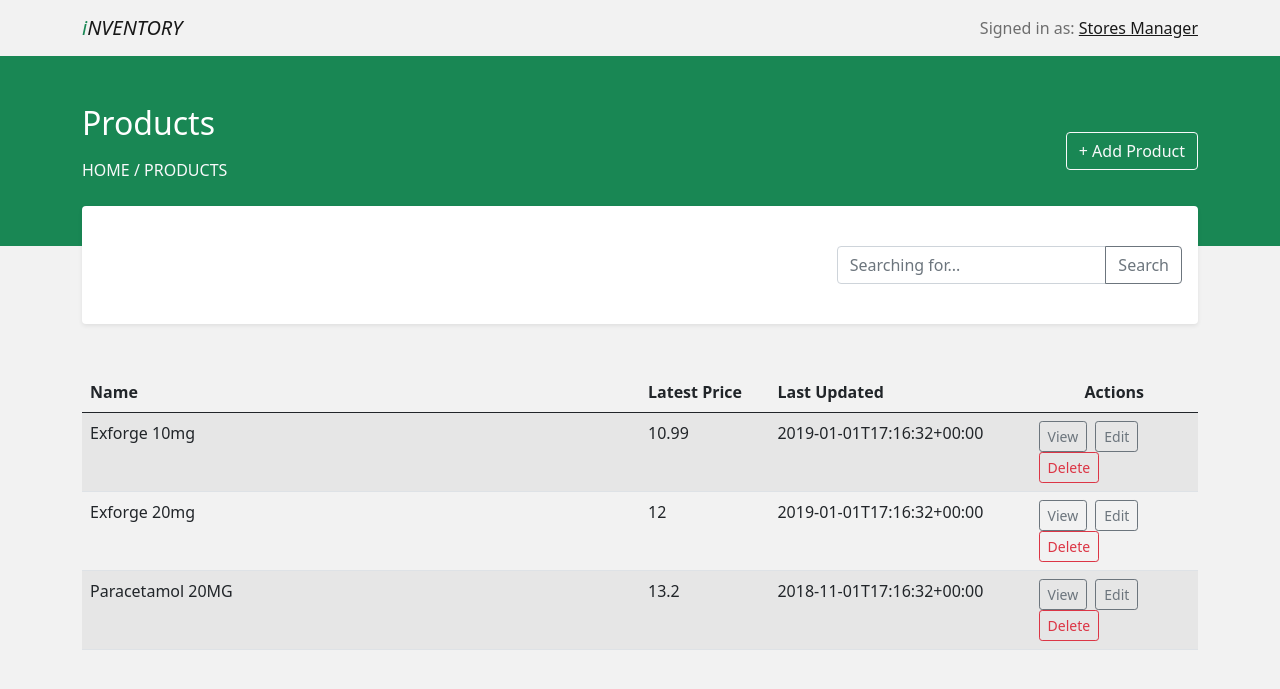
Repository: tHEO2k17/inventory-manager
Page: /
The author's editor kept a copy of each file at every save. The page is drawn from the files as they stood at one save, then again after the next save.
The browser window is 1280 px wide. The pictures show the whole page.
The project was rebuilt for these pictures with package versions that can differ from the ones it lists, and the page was loaded fresh each time. Also part of the build but not shown: src/presentation/components/ProductForm.tsx.

Above is the page before, as saved 2021-08-31 10:35:03.

### src/index.tsx
import React from 'react';
import ReactDOM from 'react-dom';
import './index.scss';
import App from './presentation/App';

ReactDOM.render(
  <React.StrictMode>
    <App />
  </React.StrictMode>,
  document.getElementById('root')
);

### src/index.scss
@import '~bootstrap/scss/bootstrap.scss';

body{
    background-color: #F2F2F2;
}

.table thead tr > th:last-child{
    text-align: center;
}

.mtn-40{
    margin-top: -40px;
}

### src/presentation/App.tsx
import ProductsPage from './pages/ProductsPage';

export default function App() {
  return ( <ProductsPage/> );
}

### src/presentation/pages/ProductsPage.tsx
import { Component } from "react"
import { Button, Card, Col, Container, FormControl, InputGroup, Row, Table } from "react-bootstrap";
import { mock } from "../../core/mock";
import Banner from "../components/Banner";
import Product from "../components/Product";
import TopBar from "../components/TopBar";

export default class ProductsPage extends Component {

    render() {
        return (
            <>
                <TopBar />
                <Banner />
                <Container>
                    <Card className="mtn-40 border-0 shadow-sm">
                        <Card.Body className="my-4">
                            <Row>
                                <Col md="4" className="offset-8">
                                    <InputGroup>
                                        <FormControl
                                            placeholder="Searching for..."
                                            aria-label="Searching for..."
                                            aria-describedby="basic-addon2"
                                        />
                                        <Button variant="outline-secondary" id="button-addon2"> Search</Button>
                                    </InputGroup>
                                </Col>
                            </Row>
                        </Card.Body>
                    </Card>
                    <Table striped className="mt-5">
                        <thead>
                            <tr>
                                <th>Name</th>
                                <th>Latest Price</th>
                                <th>Last Updated</th>
                                <th>Actions</th>
                            </tr>
                        </thead>
                        <tbody>
                            {
                                mock.products.map(product => <Product key={product.id} product={product} />)
                            }
                        </tbody>
                    </Table>
                </Container>
            </>
        );
    }
}

### src/core/mock.ts
export const mock = {
    "products": [
        {
            "id": 1,
            "name": "Exforge 10mg",
            "prices": [
                {
                    "id": 1,
                    "price": 10.99,
                    "date": "2019-01-01T17:16:32+00:00"
                },
                {
                    "id": 2,
                    "price": 9.20,
                    "date": "2018-11-01T17:16:32+00:00"
                }
            ]
        },
        {
            "id": 2,
            "name": "Exforge 20mg",
            "prices": [
                {
                    "id": 3,
                    "price": 12.00,
                    "date": "2019-01-01T17:16:32+00:00"
                },
                {
                    "id": 4,
                    "price": 13.20,
                    "date": "2018-11-01T17:16:32+00:00"
                }
            ]
        },
        {
            "id": 3,
            "name": "Paracetamol 20MG",
            "prices": [
                {
                    "id": 5,
                    "price": 5.00,
                    "date": "2017-01-01T17:16:32+00:00"
                },
                {
                    "id": 6,
                    "price": 13.20,
                    "date": "2018-11-01T17:16:32+00:00"
                }
            ]
        }
    ]
};

### src/presentation/components/Banner.tsx
import { useState } from "react";
import { Button, Col, Container, Modal, Row } from "react-bootstrap";
import ProductForm from "./ProductForm";

const Banner = () => {
    const [show, setShow] = useState(false);

    const handleClose = () => setShow(false);
    const handleShow = () => setShow(true);

    return (
        <>
            <section className="bg-success">
                <Container className="py-5 text-white">
                    <Row className="align-items-center">
                        <Col>
                            <h2>Products</h2>
                            <p className="text-light mt-3 fw-light fs-6">HOME / PRODUCTS</p>
                        </Col>
                        <Col>
                            <Button variant="outline-light" className="float-end" onClick={handleShow}>+ Add Product</Button>
                        </Col>
                    </Row>
                </Container>
            </section>

            <Modal show={show} onHide={handleClose}>
                <Modal.Header closeButton> New Product</Modal.Header>
                <Modal.Body><ProductForm/></Modal.Body>
            </Modal>
        </>
    );
}

export default Banner;

### src/presentation/components/Product.tsx
import { Button } from "react-bootstrap"
import moment from 'moment';

const Product = ({ product }: ProductProps) => {

    const findLatestPriceInfo = (prices: any[]): any => {
        return prices.reduce(
            (acc: any, value: any) =>
                moment(acc.date).isAfter(value.date)
                    ? acc
                    : value
        );
    }

    return (
        <tr>
            <td width="50%">{product.name}</td>
            <td>{findLatestPriceInfo(product.prices).price}</td>
            <td>{findLatestPriceInfo(product.prices).date}</td>
            <td width="15%">
                <Button size="sm" variant="outline-secondary">View</Button>
                <Button size="sm" variant="outline-secondary" className="mx-2">Edit</Button>
                <Button size="sm" variant="outline-danger">Delete</Button>
            </td>
        </tr>
    );

}

export default Product;

type ProductProps = {
    key: any,
    product: any
}

### src/presentation/components/TopBar.tsx
import { Container, Navbar } from "react-bootstrap";

const TopBar = () => {
    return (
        <Navbar>
            <Container>
                <Navbar.Brand href="#home" className="fst-italic"><span className="text-success">i</span>NVENTORY</Navbar.Brand>
                <Navbar.Toggle />
                <Navbar.Collapse className="justify-content-end">
                    <Navbar.Text>
                        Signed in as: <a href="#login">Stores Manager</a>
                    </Navbar.Text>
                </Navbar.Collapse>
            </Container>
        </Navbar>
    );
}

export default TopBar;

Loaded but not shown: public/index.html (common file)

After the next save:
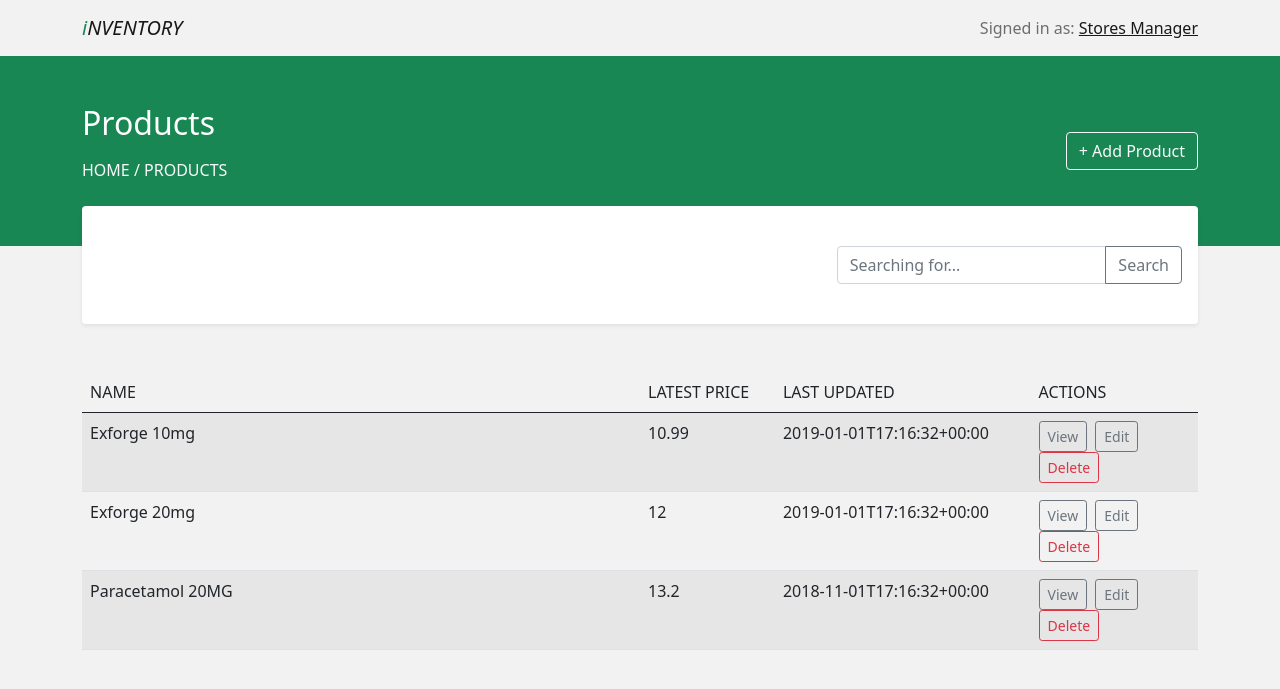
Saved 56 s later.
--- a/src/index.scss
+++ b/src/index.scss
@@ -4,8 +4,9 @@ body{
     background-color: #F2F2F2;
 }
 
-.table thead tr > th:last-child{
-    text-align: center;
+.table thead tr > th{
+    text-transform: uppercase;
+    font-weight: 400;
 }
 
 .mtn-40{
